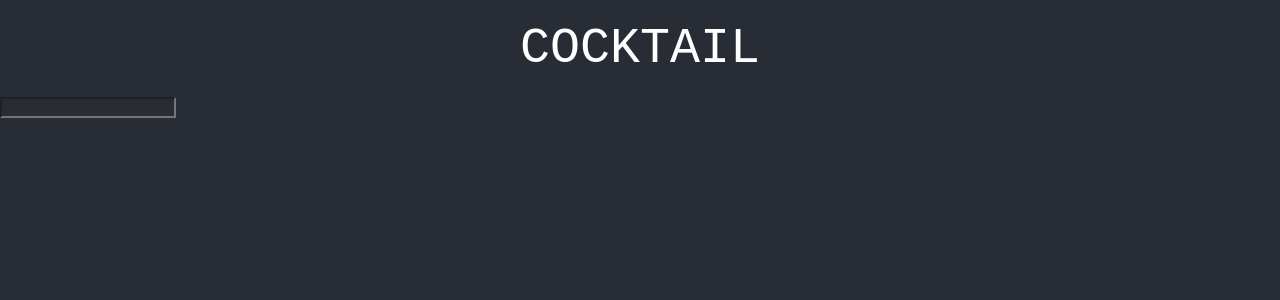
Repository: phunobi1807/coctails
Page: /
An editor plug-in stored every save of this project. The page is shown before and after the next save, followed by the edit.
The browser window is 1280 px wide. The pictures show the whole page.
The page's requests for data from a server got no answer. The project was rebuilt for these pictures with package versions that can differ from the ones it lists, and the page was loaded fresh each time. No one was signed in, and anything a server would have sent is missing.

Above is the page before, as saved 2021-09-25 13:33:24.

After the next save:
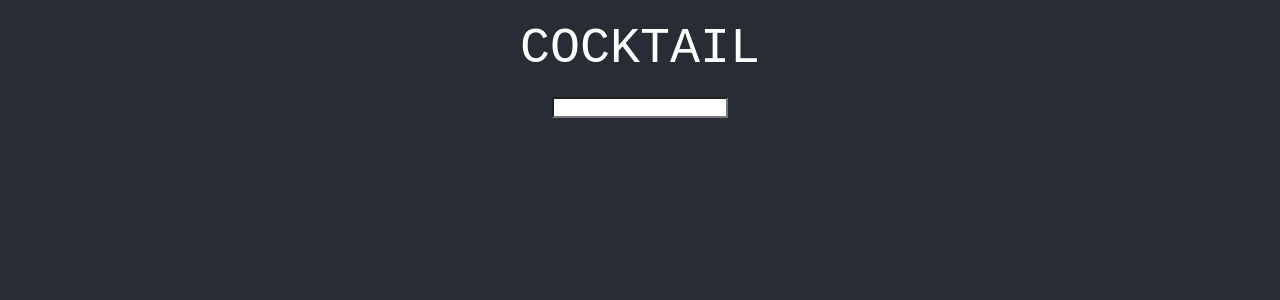
Saved 77 s later.
--- a/src/components/ListCocktails.scss
+++ b/src/components/ListCocktails.scss
@@ -1,3 +1,11 @@
+.input
+{
+    text-align: center;
+    input
+    {
+        background-color: white;
+    }
+}
 .container {
     display: flex;
     justify-content: space-between;
